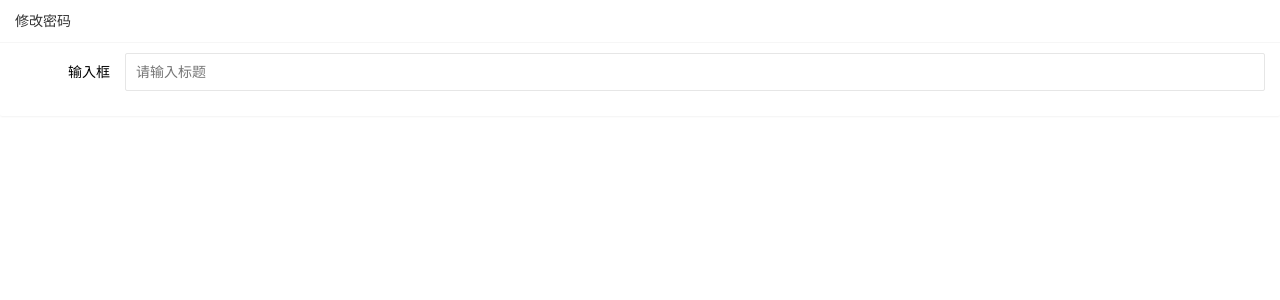
Repository: hjg520/web_bigevent
Page: user/user_pwd.html
These files come from the project's save history. The page is drawn as it stood at one moment and after a run of saves; the edit follows.
The browser window is 1280 px wide. The pictures show the whole page.

Above is the page before, as saved 2022-05-10 21:50:05.

After the next 3 saves:
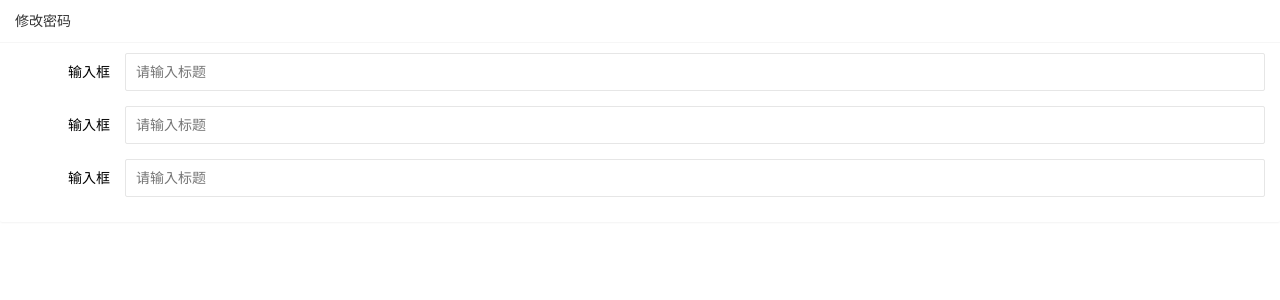
The 3 saves are shown as one change because they came seconds apart.
The last was saved 11 s later.
--- a/user/user_pwd.html
+++ b/user/user_pwd.html
@@ -23,6 +23,18 @@
                     <input type="text" name="title" required  lay-verify="required" placeholder="请输入标题" autocomplete="off" class="layui-input">
                   </div>
                 </div>
+                <div class="layui-form-item">
+                    <label class="layui-form-label">输入框</label>
+                    <div class="layui-input-block">
+                      <input type="text" name="title" required  lay-verify="required" placeholder="请输入标题" autocomplete="off" class="layui-input">
+                    </div>
+                  </div>
+                  <div class="layui-form-item">
+                    <label class="layui-form-label">输入框</label>
+                    <div class="layui-input-block">
+                      <input type="text" name="title" required  lay-verify="required" placeholder="请输入标题" autocomplete="off" class="layui-input">
+                    </div>
+                  </div>
             </form>
         </div>
       </div>
